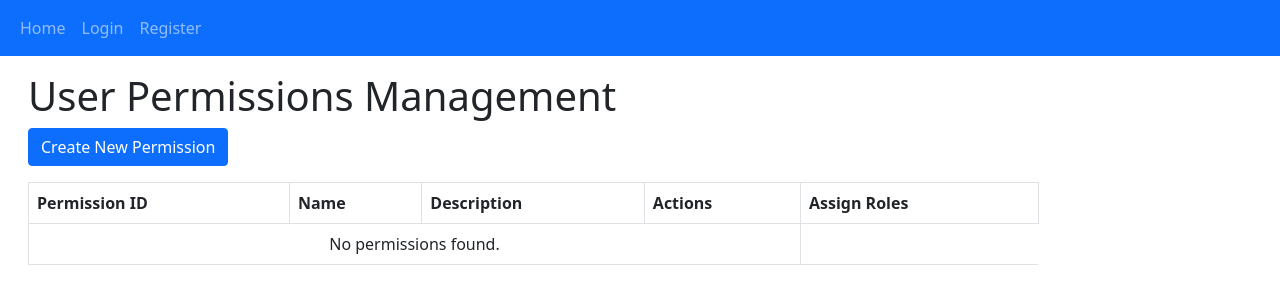
Repository: Matsikembareb/myPowervision
Page: http://localhost/permissions
An editor plug-in stored every save of this project. The page is shown before and after the next save, followed by the edit.
The browser window is 1280 px wide. The pictures show the whole page.
The page is served by the project's application, run on Flask 3 (01prototype/myPowervision/__init__.py). Queries for data that is not in the repository find no rows.

Above is the page before, as saved 2025-09-27 07:11:04.

After the next save:
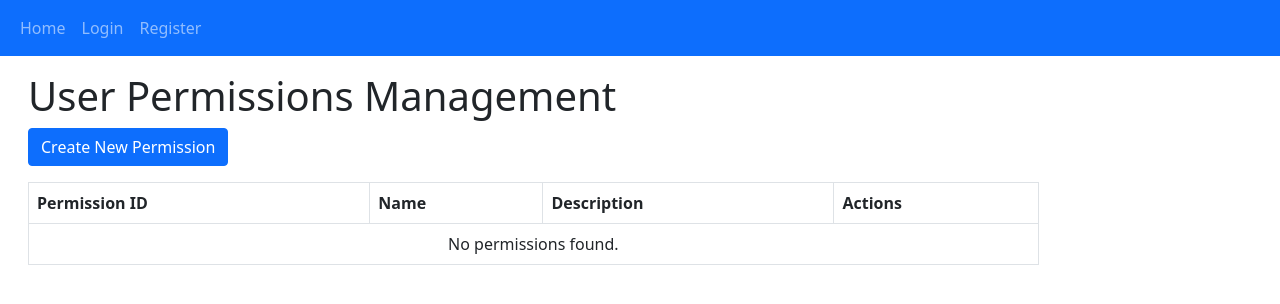
Saved 86 s later.
--- a/01prototype/myPowervision/templates/user_management/permissions.html
+++ b/01prototype/myPowervision/templates/user_management/permissions.html
@@ -11,7 +11,6 @@
             <th>Name</th>
             <th>Description</th>
             <th>Actions</th>
-            <th>Assign Roles</th>
         </tr>
     </thead>
     <tbody>
@@ -27,12 +26,6 @@
                 </form>
                 </td>
                 <td>
-                {% if roles %}
-                    {% for role in roles %}
-                        {{ role.name }}
-                    {% endfor %}
-                {% endif %}
-                </td>
             </tr>
             {% endfor %}
         {% else %}
